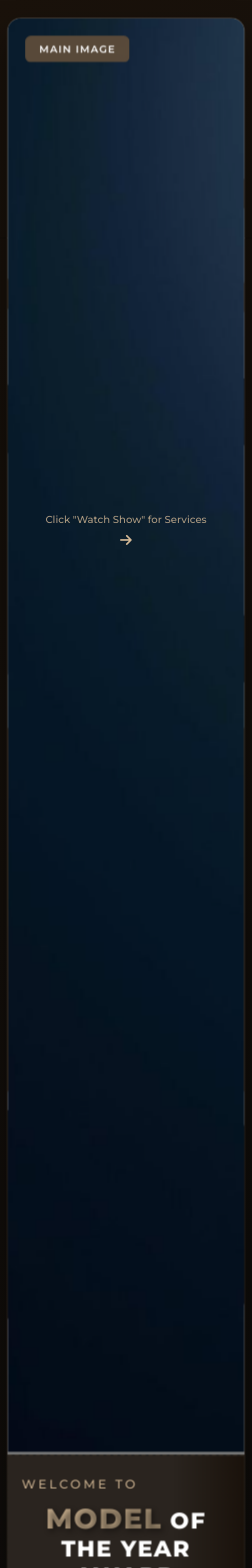
Repository: Madgerald-09/2025yearmodel
Page: index.html
The author's editor kept a copy of each file at every save. The page is drawn from the files as they stood at one save, then again after the next save.
The browser window is 360 px wide. The pictures show the part of the page from y = 0 to 2240 px (the page is 3103 px tall before and 1349 px after), at 70% of full size.

Above is the page before, as saved 2025-12-24 16:51:39.

After the next save:
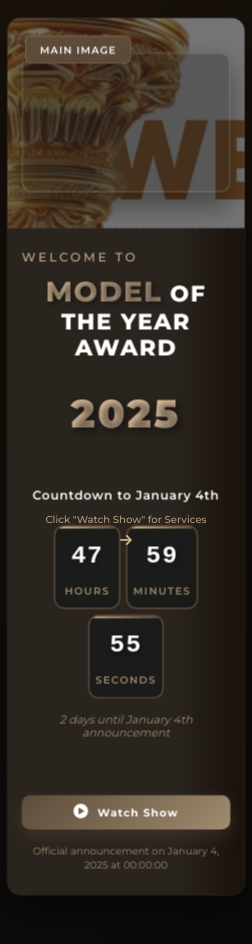
Saved 54 s later.
--- a/style.css
+++ b/style.css
@@ -316,14 +316,16 @@
     line-height: 1.5;
 }
 
-/* ===== IMAGE SIDE ===== */
+/* ===== IMAGE SIDE - UPDATED ===== */
 .image-side {
     flex: 1;
     position: relative;
     overflow: hidden;
-    background: linear-gradient(rgba(26, 26, 26, 0.6), rgba(26, 26, 26, 0.6)),
-                url('images/award-image1.png') center center/cover no-repeat;
+    background: linear-gradient(135deg, #2a241f 0%, #1a120b 100%);
     min-height: 500px;
+    display: flex;
+    justify-content: center;
+    align-items: center;
 }
 
 .pic-label {
@@ -337,15 +339,51 @@
     font-size: 0.9rem;
     font-weight: 600;
     letter-spacing: 1.5px;
-    z-index: 10;
+    z-index: 100;
     text-transform: uppercase;
     backdrop-filter: blur(5px);
+    border: 1px solid rgba(212, 185, 150, 0.3);
 }
 
 .image-area {
     width: 100%;
     height: 100%;
     position: relative;
+    display: flex;
+    justify-content: center;
+    align-items: center;
+    padding: 20px;
+}
+
+.image-container {
+    width: 100%;
+    height: 100%;
+    max-width: 800px;
+    max-height: 600px;
+    position: relative;
+    overflow: hidden;
+    border-radius: 15px;
+    box-shadow: 0 20px 40px rgba(0, 0, 0, 0.4);
+    border: 2px solid rgba(212, 185, 150, 0.2);
+    background: rgba(26, 26, 26, 0.3);
+}
+
+.award-image {
+    width: 100%;
+    height: 100%;
+    object-fit: contain;
+    object-position: center;
+    transition: transform 0.5s ease, opacity 0.5s ease;
+    display: block;
+    opacity: 0;
+}
+
+.award-image.loaded {
+    opacity: 1;
+}
+
+.award-image:hover {
+    transform: scale(1.02);
 }
 
 /* ===== SCROLL INDICATOR ===== */
@@ -420,13 +458,36 @@
 }
 
 .fallback-text {
-    color: rgba(212, 185, 150, 0.2); /* Semi-transparent gold */
-    font-size: 2rem;
+    color: rgba(212, 185, 150, 0.8);
+    text-align: center;
+    padding: 30px;
+    z-index: 10;
+}
+
+.fallback-text h3 {
+    font-size: 2.5rem;
     font-weight: 800;
     text-transform: uppercase;
     letter-spacing: 3px;
-    text-align: center;
-    padding: 20px;
+    margin-bottom: 10px;
+    background: linear-gradient(45deg, #d4b996, #ffd700);
+    -webkit-background-clip: text;
+    -webkit-text-fill-color: transparent;
+    background-clip: text;
+}
+
+.fallback-text p {
+    font-size: 1.8rem;
+    font-weight: 600;
+    letter-spacing: 2px;
+    margin-bottom: 30px;
+    color: #a08c70;
+}
+
+.fallback-icon {
+    font-size: 4rem;
+    color: rgba(212, 185, 150, 0.6);
+    animation: pulse 2s infinite;
 }
 
 /* ===== MEDIA QUERIES ===== */
@@ -471,6 +532,11 @@
     .countdown-item span {
         font-size: 4rem;
         min-height: 70px;
+    }
+
+    .image-container {
+        max-width: 600px;
+        max-height: 450px;
     }
 }
 
@@ -553,6 +619,11 @@
     .scroll-indicator {
         bottom: 20px;
     }
+
+    .image-container {
+        max-width: 500px;
+        max-height: 350px;
+    }
 }
 
 /* Mobile Portrait (480px and below) */
@@ -628,6 +699,19 @@
         max-width: none;
         padding: 15px 20px;
     }
+
+    .image-container {
+        max-width: 350px;
+        max-height: 250px;
+    }
+
+    .fallback-text h3 {
+        font-size: 2rem;
+    }
+
+    .fallback-text p {
+        font-size: 1.5rem;
+    }
 }
 
 /* Small Mobile (360px and below) */
@@ -640,4 +724,9 @@
         padding: 14px 20px;
         font-size: 0.95rem;
     }
-}
+
+    .image-container {
+        max-width: 300px;
+        max-height: 200px;
+    }
+}
